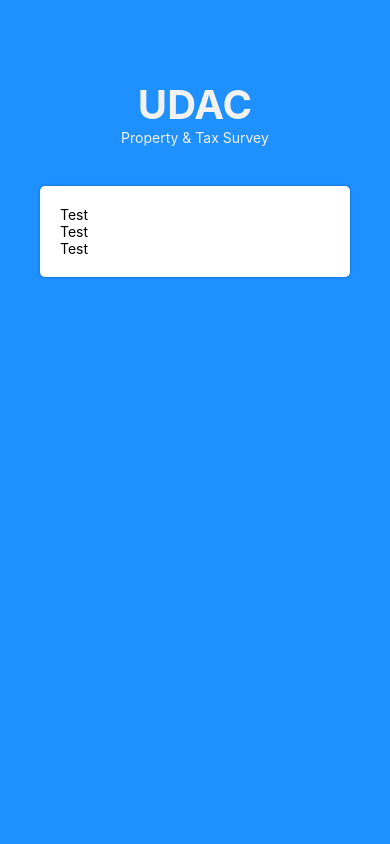
Repository: metalysm/BasicLoginPage
Screen: /
The author's editor kept a copy of each file at every save. The screen is drawn from the files as they stood at one save, then again after the next save.
The app was drawn by React Native's web renderer in a window 390 px wide. The project was rebuilt for these pictures with package versions that can differ from the ones it lists, and the page was loaded fresh each time.

Above is the screen before, as saved 2019-12-05 11:19:44.

After the next save:
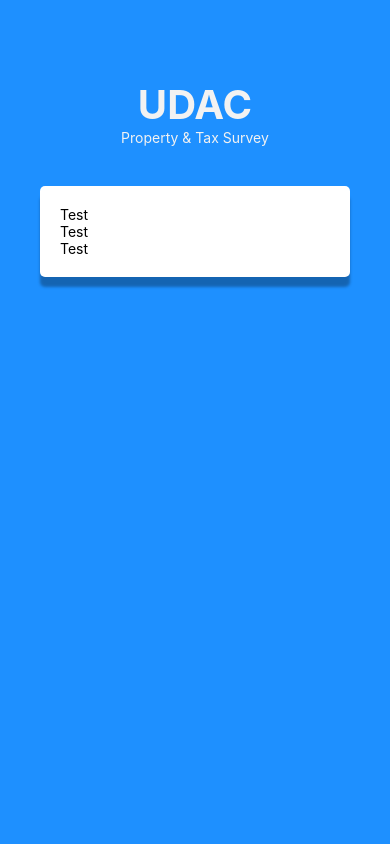
Saved 75 s later.
--- a/App.js
+++ b/App.js
@@ -64,6 +64,10 @@ const styles = StyleSheet.create({
 
     shadowColor:'black',
     shadowOpacity: .3, //0 ile 1 arasında bir rakam girilir.
-    shadowRadius: 3
+    shadowRadius: 3,
+    shadowOffset: {
+      width: 0,
+      height: 10
+    }
   }
 });
